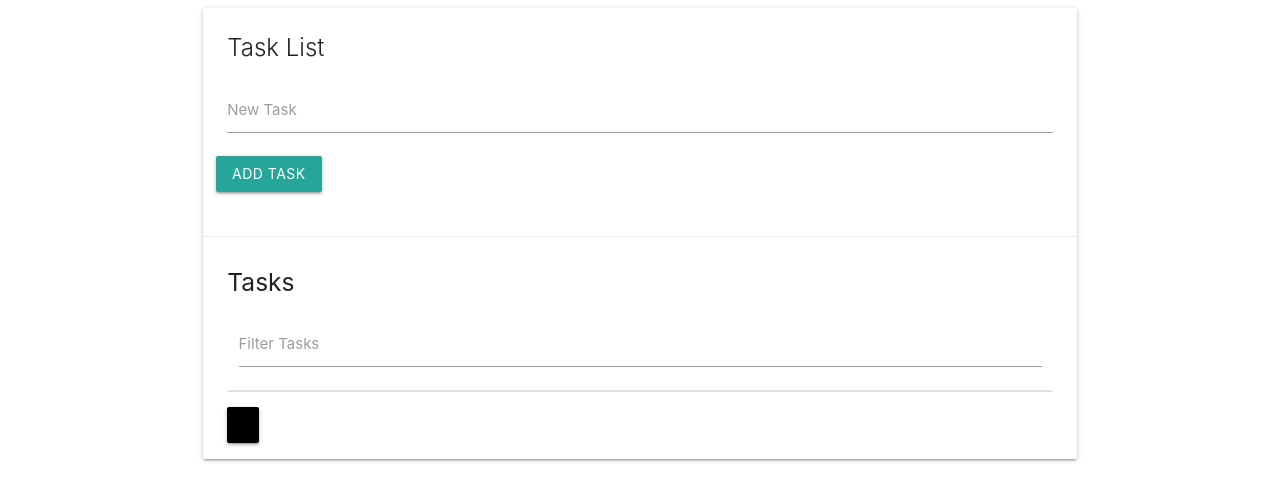
Repository: YasirGaji/Sandbox
Page: index.html
The author's editor kept a copy of each file at every save. The page is drawn from the files as they stood at one save, then again after the next save.
The browser window is 1280 px wide. The pictures show the whole page.

Above is the page before, as saved 2021-12-01 15:21:40.

After the next save:
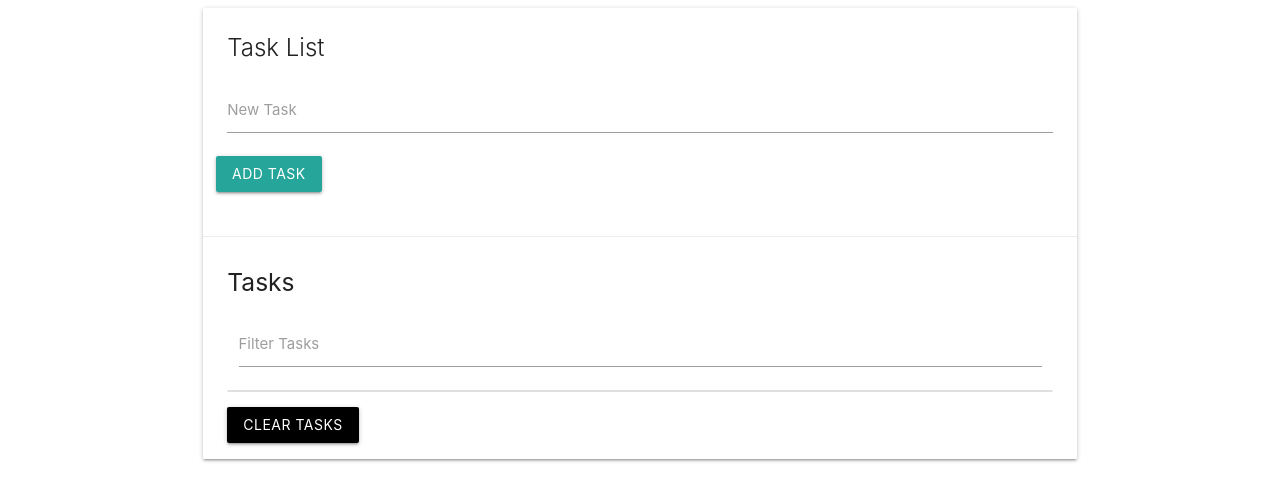
Saved 16 s later.
--- a/index.html
+++ b/index.html
@@ -41,7 +41,7 @@
 
             </ul>
 
-            <a href="#" class="class-tasks btn black"></a>
+            <a href="#" class="class-tasks btn black">Clear Tasks</a>
           </div>
         </div>
       </div>
